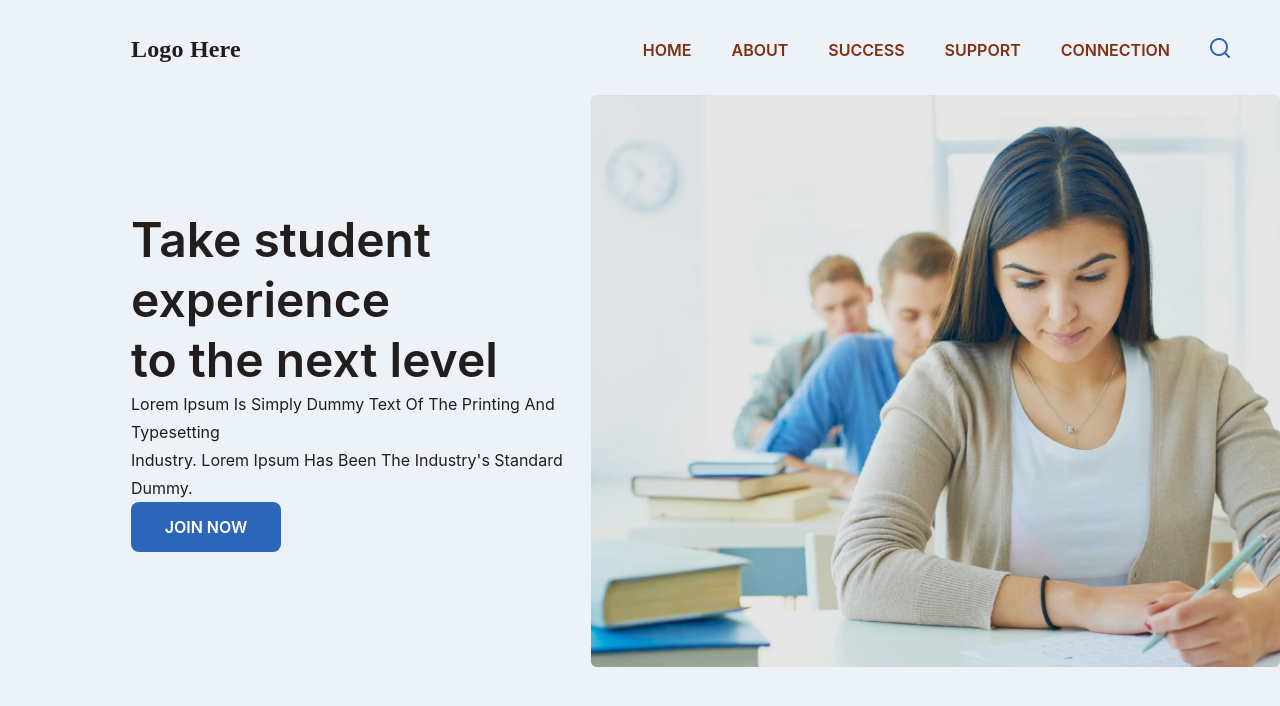
Repository: FaridRustamov09/Final-Task
Page: Pages/homePage/index.html
These files come from the project's save history. The page is drawn as it stood at one moment and after a run of saves; the edit follows.
The browser window is 1280 px wide. The pictures show the whole page.
The style sheet was rebuilt from its Sass, Less or Tailwind sources for each picture, by a compiler version that may differ from the author's.

Above is the page before, as saved 2024-07-14 20:22:49.

After the next 3 saves:
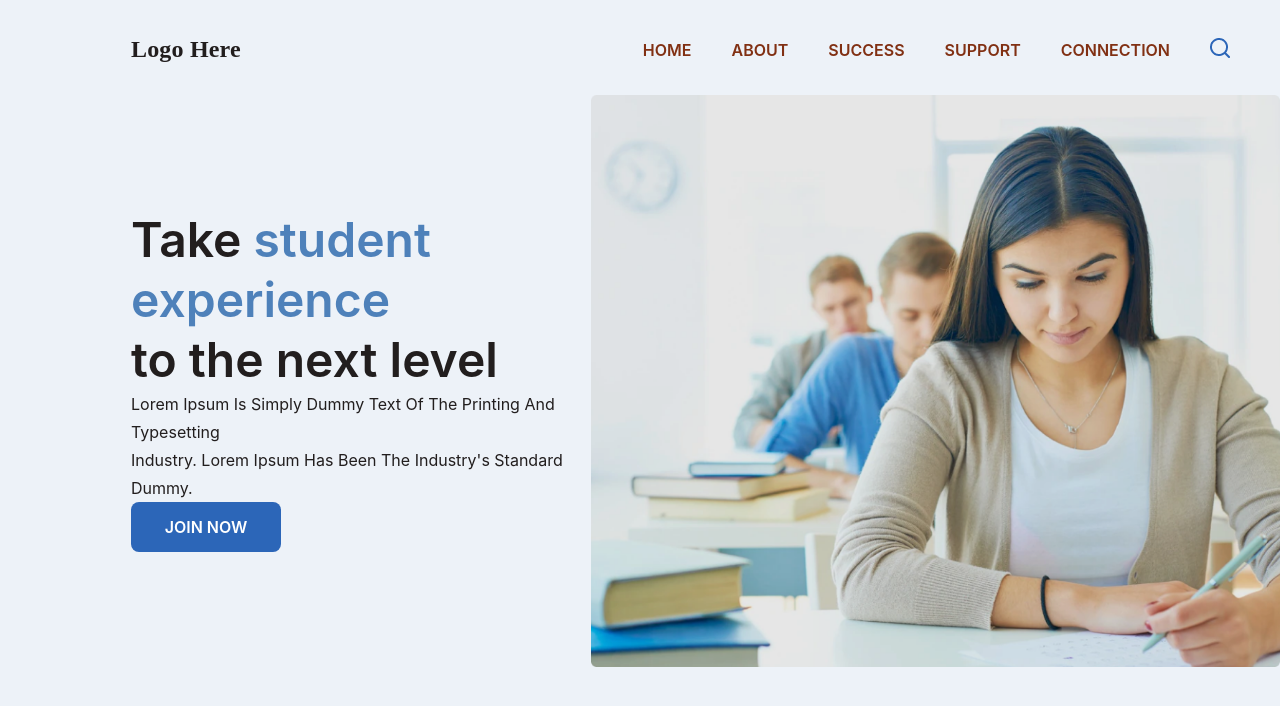
The 3 saves are shown as one change because they came seconds apart.
The last was saved 37 s later.
--- a/Pages/homePage/index.scss
+++ b/Pages/homePage/index.scss
@@ -62,7 +62,7 @@
           font-weight: 600;
           line-height: 60px;
           span{
-            color:linear-gradient(156deg, #479CBB 11.11%, #4E81BA 93.96%);
+            color: #4E81BA
           }
         }
         p {
